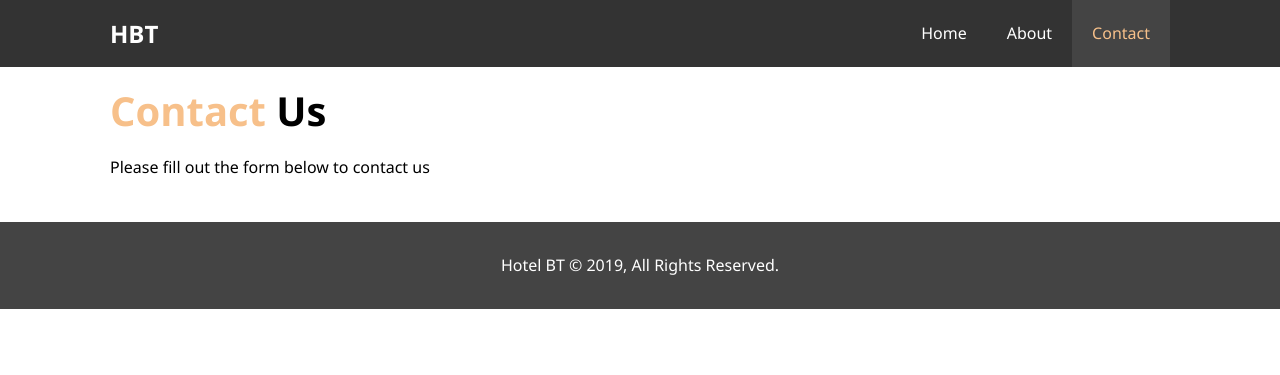
Repository: minhtien9/hotel-website
Page: contact.html
These files come from the project's save history. The page is drawn as it stood at one moment and after the next save; the edit follows.
The browser window is 1280 px wide. The pictures show the whole page.

Above is the page before, as saved 2021-08-14 18:51:29.

### contact.html
<!DOCTYPE html>
<html lang="en">

<head>
    <meta charset="UTF-8" />
    <meta http-equiv="X-UA-Compatible" content="IE=edge" />
    <meta name="viewport" content="width=device-width, initial-scale=1.0" />
    <meta name="description" content="Welcome to the most extraordinary hotel in Boston Massachusetts" />
    <meta name="keywords" content="hotel, boston hotel, new england hotel" />
    <link rel="stylesheet" href="https://cdnjs.cloudflare.com/ajax/libs/font-awesome/5.15.4/css/all.min.css" integrity="sha512-1ycn6IcaQQ40/MKBW2W4Rhis/DbILU74C1vSrLJxCq57o941Ym01SwNsOMqvEBFlcgUa6xLiPY/NS5R+E6ztJQ==" crossorigin="anonymous" referrerpolicy="no-referrer"
    />
    <link rel="stylesheet" href="css/style.css" />
    <title>Hotel BT | Contact</title>
</head>

<body>
    <header>
        <nav id="navbar">
            <div class="container">
                <h1 class="logo">
                    <a href="index.html"></a> HBT</h1>
                <ul>
                    <li><a href="index.html">Home</a></li>
                    <li><a href="about.html">About</a></li>
                    <li><a class="current" href="contact.html">Contact</a></li>
                </ul>
            </div>
        </nav>
    </header>
    <section id="contact-form" class="py-3">
        <div class="container">
            <h1 class="l-heading"><span class="text-primary">Contact</span> Us</h1>
            <p>Please fill out the form below to contact us</p>
            <form action="process.php"></form>
        </div>
    </section>
    <footer id="main-footer">
        <p>Hotel BT &copy; 2019, All Rights Reserved.</p>
    </footer>
</body>

</html>

### css/style.css
/* Reset */

* {
    margin: 0;
    padding: 0;
    box-sizing: border-box;
}


/* Main Styling */

html,
body {
    font-family: 'Segoe UI', Tahoma, Geneva, Verdana, sans-serif;
    line-height: 1.7em;
}

a {
    color: #333;
    text-decoration: none;
}

h1,
h2,
h3 {
    padding-bottom: 20px;
}

p {
    margin: 10px 0;
}


/* Utility Classes */

.container {
    margin: auto;
    max-width: 1100px;
    overflow: auto;
    padding: 0 20px;
}

.text-primary {
    color: #f7c08a;
}

.lead {
    font-size: 20px;
}

.btn {
    display: inline-block;
    font-size: 18px;
    color: #fff;
    background: #333;
    padding: 13px 20px;
    border: none;
    cursor: pointer;
}

.btn:hover {
    background: #f7c08a;
    color: #333;
}

.btn-light {
    background: #f4f4f4;
    color: #333;
}

.bg-dark {
    background: #333;
    color: #fff;
}

.bg-light {
    background: #f4f4f4;
    color: #333;
}

.bg-primary {
    background: #f7c08a;
    color: #333;
}

.clr {
    clear: both;
}

.l-heading {
    font-size: 40px;
}


/* Padding */

.py-1 {
    padding: 10px 0;
}

.py-2 {
    padding: 20px 0;
}

.py-3 {
    padding: 30px 0;
}


/* Navbar */

#navbar {
    background: #333;
    color: #fff;
    overflow: auto;
}

#navbar a {
    color: #fff;
}

#navbar h1 {
    float: left;
    padding-top: 20px;
}

#navbar ul {
    list-style: none;
    float: right;
}

#navbar ul li {
    float: left;
}

#navbar ul li a {
    display: block;
    padding: 20px;
    text-align: center;
}

#navbar ul li a:hover,
#navbar ul li a.current {
    background: #444;
    color: #f7c08a;
}


/* Show case */

#showcase {
    background: url('../img/showcase.jpg') no-repeat center center/cover;
    height: 600px;
}

#showcase .showcase-content {
    color: #fff;
    text-align: center;
    padding-top: 170px;
}

#showcase .showcase-content h1 {
    font-size: 60px;
    line-height: 1.2em;
}

#showcase .showcase-content p {
    padding: bottom 20px;
    line-height: 1.7em;
}


/* Home info */

#home-info {
    height: 400px;
}

#home-info .info-img {
    float: left;
    width: 50%;
    background: url('../img/photo-1.jpg') no-repeat;
    min-height: 100%;
}

#home-info .info-content {
    float: right;
    width: 50%;
    height: 100%;
    text-align: center;
    padding: 50px 30px;
    overflow: hidden;
}

#home-info .info-content p {
    padding-bottom: 30px;
}


/* Features */

.box {
    float: left;
    width: 33.3%;
    padding: 50px;
    text-align: center;
}

.box i {
    margin-bottom: 10px;
}


/* About */

#about-info .info-right {
    float: right;
    width: 50%;
    min-height: 100%;
}

#about-info .info-right img {
    display: block;
    margin: auto;
    width: 70%;
    border-radius: 50%;
}

#about-info .info-left {
    float: left;
    width: 50%;
    min-height: 100%;
}


/* Testimonials */

#testimonials {
    height: 600px;
    background: url('../img/test-bg.jpg') no-repeat center center/cover;
    padding-top: 100px;
}

#testimonials h2 {
    color: #fff;
    text-align: center;
    padding-bottom: 40px;
}

#testimonials .testimonial {
    padding: 20px;
    margin-bottom: 40px;
    border-radius: 5px;
    opacity: 0.9;
}

#testimonials .testimonial img {
    width: 100px;
    float: left;
    margin: -13px 20px 0 0;
    border-radius: 50%;
}


/* Footer */

#main-footer {
    text-align: center;
    background: #444;
    color: #fff;
    padding: 20px;
}

After the next save:
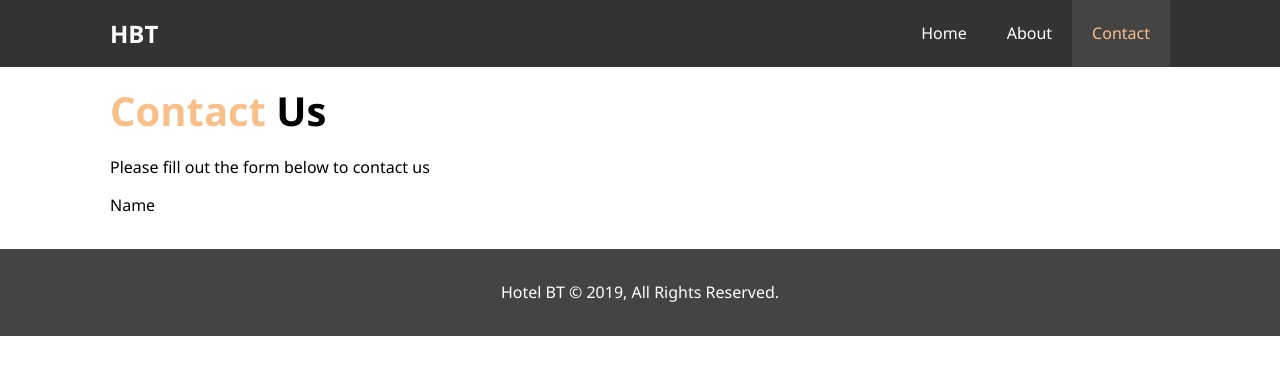
Saved 43 s later.
--- a/contact.html
+++ b/contact.html
@@ -31,7 +31,11 @@
         <div class="container">
             <h1 class="l-heading"><span class="text-primary">Contact</span> Us</h1>
             <p>Please fill out the form below to contact us</p>
-            <form action="process.php"></form>
+            <form action="process.php">
+                <div class="form-group">
+                    <label for="name">Name</label>
+                </div>
+            </form>
         </div>
     </section>
     <footer id="main-footer">
